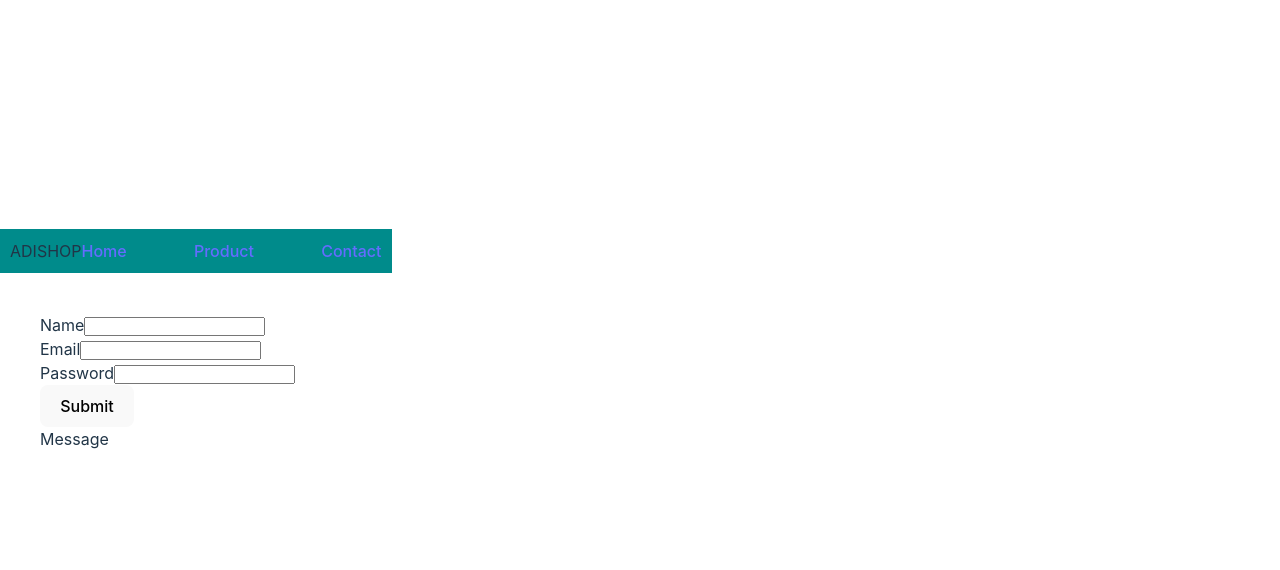
Repository: Aditya0377/React-ecommercewebsite
Page: /contact (app in ecommerce/)
An editor plug-in stored every save of this project. The page is shown before and after the next save, followed by the edit.
The browser window is 1280 px wide. The pictures show the whole page.
The project was rebuilt for these pictures with package versions that can differ from the ones it lists, and the page was loaded fresh each time. Also part of the build but not shown: ecommerce/vite.config.js, ecommerce/src/components/Home.jsx, ecommerce/src/components/Product.css, ecommerce/src/components/Product.jsx.

Above is the page before, as saved 2025-01-21 15:48:22.

### ecommerce/src/main.jsx
import { BrowserRouter } from 'react-router-dom'
import { createRoot } from 'react-dom/client'
import './index.css'
import App from './App.jsx'

createRoot(document.getElementById('root')).render(
  <BrowserRouter>
    <App />
  </BrowserRouter>


)

### ecommerce/src/App.jsx
import React from 'react'
import Header from './components/Header'
import { Routes, Route } from 'react-router-dom'
import Home from './components/Home'
import Product from './components/Product'
import Contact from './components/Contact'

const App = () => {
  return (
    <div>
      <Header />
      <Routes>
        <Route path='/' element={<Home />} />
        <Route path='/product' element={<Product />} />
        <Route path='/contact' element={<Contact />} />

      </Routes>
    </div>
  )
}

export default App

### ecommerce/src/components/Header.jsx
import React from 'react'
import "./Header.css"
import { Link } from "react-router-dom"
const Header = () => {
    return (
        <div className='nav'>
            <div className="logo">ADISHOP</div>
            <div className="menu">
                <ul>
                    <li>
                        <Link to='/'>Home</Link>
                    </li>
                    <li>
                        <Link to='/product'>Product</Link>
                    </li>
                    <li>
                        <Link to='/contact'>Contact</Link>

                    </li>
                </ul>
            </div>
        </div>
    )
}

export default Header

### ecommerce/src/components/Contact.jsx
import React from 'react'
import "./Contact.css"
const Contact = () => {
    return (
        <div className='paradiv'>
            <form className='contact'>
                <label>Name</label>
                <input type='text' /><br />
                <label>Email</label>
                <input type='email' /><br />
                <label>Password</label>
                <input type='password' /><br />
                <button>Submit</button><br />
                <label>Message</label>
                <div className='message'> </div>
            </form>
        </div >
    )
}

export default Contact

### ecommerce/src/components/Header.css
*{
    box-sizing: border-box;
    margin: 0px;
    padding: 0px;
}

.nav{
    padding:10px;
    display: flex;
    justify-content: space-between;
    align-items: center;
    background-color: darkcyan;
}
.menu ul {
    list-style: none;
    display: flex;
    width: 300px;
    justify-content: space-between;
}

### ecommerce/src/components/Contact.css
.contact{
    padding: 40px;
}

Loaded but not shown: ecommerce/index.html (common file); ecommerce/src/index.css (common file); ecommerce/src/components/Home.css (no stored copy; drawn as an empty file)

After the next save:
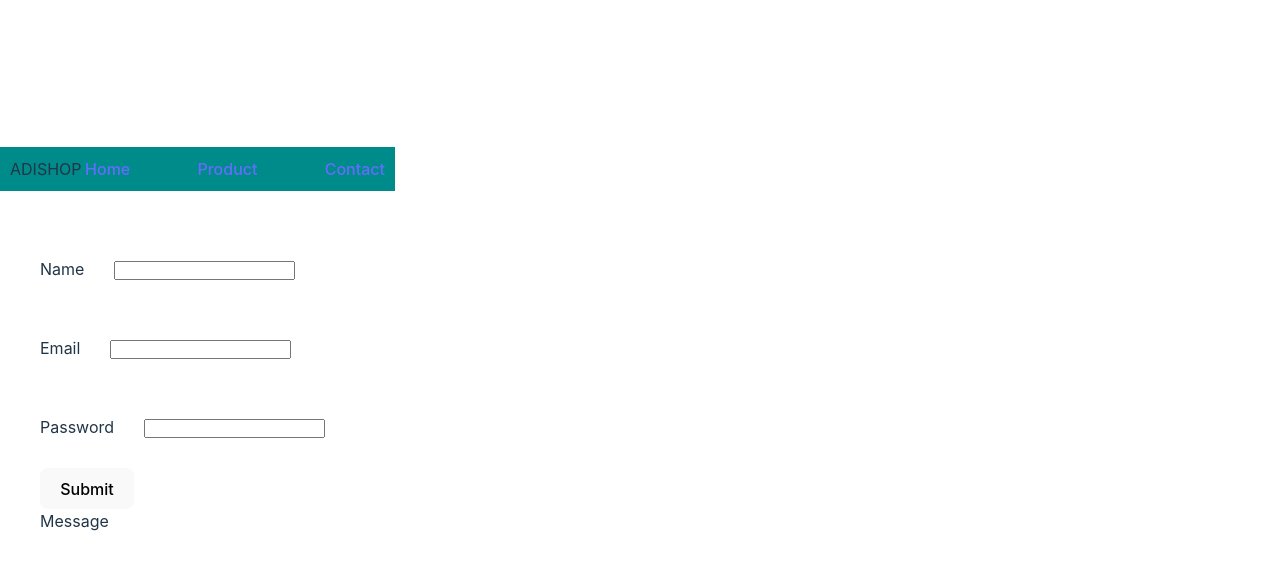
Saved 40 s later.
--- a/ecommerce/src/components/Contact.css
+++ b/ecommerce/src/components/Contact.css
@@ -1,3 +1,6 @@
 .contact{
     padding: 40px;
 }
+.contact input{
+    margin:30px;
+}
